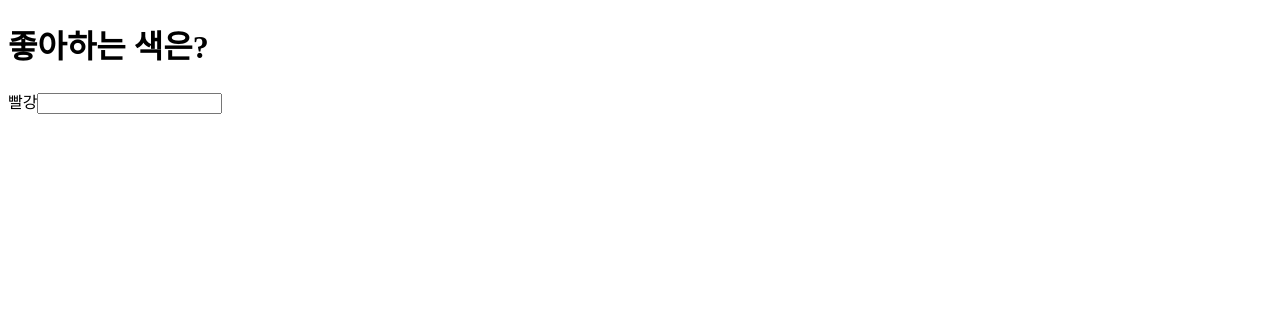
Repository: SongHyeSun/JSP
Page: jspSrc17/och03/src/main/webapp/color.html
The author's editor kept a copy of each file at every save. The page is drawn from the files as they stood at one save, then again after the next save.
The browser window is 1280 px wide. The pictures show the whole page.

Above is the page before, as saved 2024-07-10 03:32:20.

### jspSrc17/och03/src/main/webapp/color.html
<!DOCTYPE html>
<html>
<head>
<meta charset="UTF-8">
<title>Insert title here</title>
</head>
<body>
	<h1>좋아하는 색은?</h1>
	<form action="color.jsp">
	빨강<input>
	</form>
</body>
</html>

After the next save:
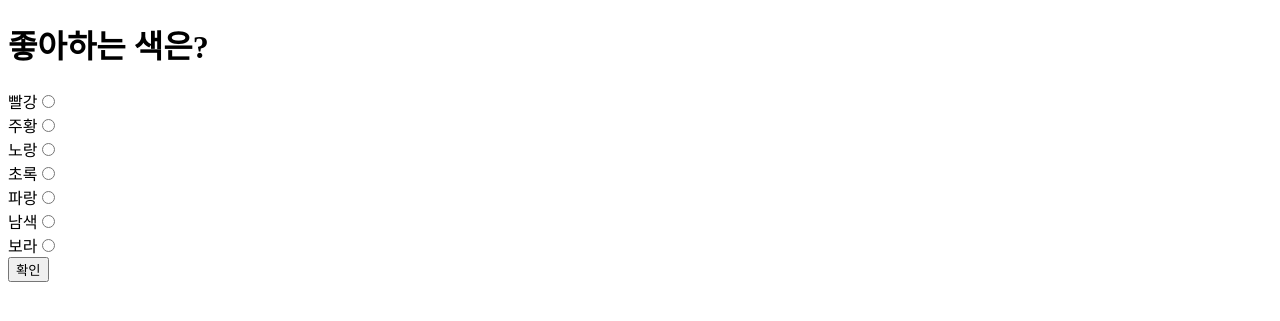
Saved 93 s later.
--- a/jspSrc17/och03/src/main/webapp/color.html
+++ b/jspSrc17/och03/src/main/webapp/color.html
@@ -7,7 +7,14 @@
 <body>
 	<h1>좋아하는 색은?</h1>
 	<form action="color.jsp">
-	빨강<input>
+	빨강<input type="radio" name="color" value="red"><br>
+	주황<input type="radio" name="color" value="red"><br>
+	노랑<input type="radio" name="color" value="red"><br>
+	초록<input type="radio" name="color" value="red"><br>
+	파랑<input type="radio" name="color" value="red"><br>
+	남색<input type="radio" name="color" value="red"><br>
+	보라<input type="radio" name="color" value="red"><br>
+	<input type="submit" value="확인">
 	</form>
 </body>
 </html>
